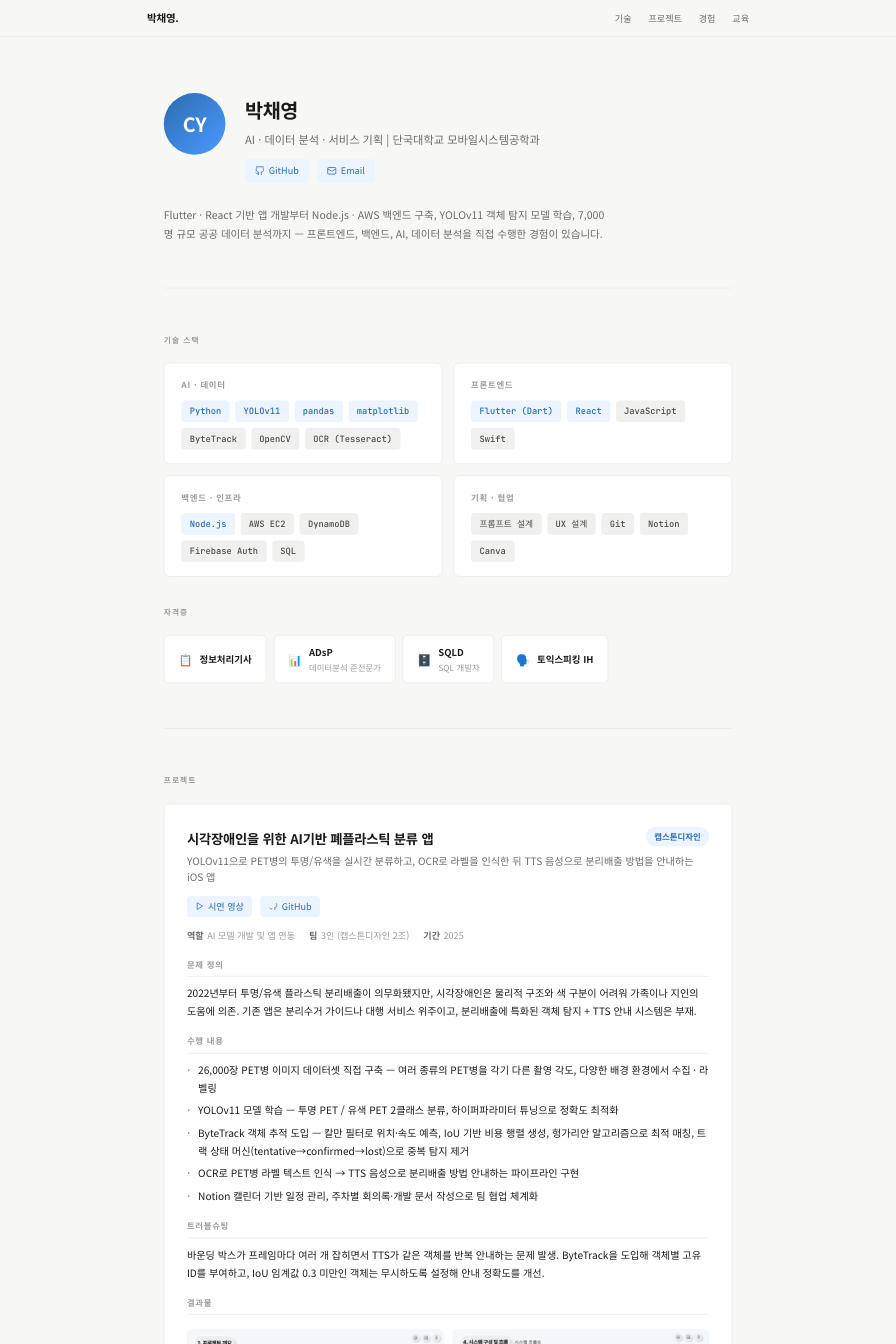
Repository: zzeyoung/zzeyoung.github.io
Page: index.html
The author's editor kept a copy of each file at every save. The page is drawn from the files as they stood at one save, then again after the next save.
The browser window is 1280 px wide. The pictures show the part of the page from y = 0 to 1920 px (the page is 6990 px tall before and 7017 px after), at 70% of full size.

Above is the page before, as saved 2026-07-13 04:54:10.

After the next save:
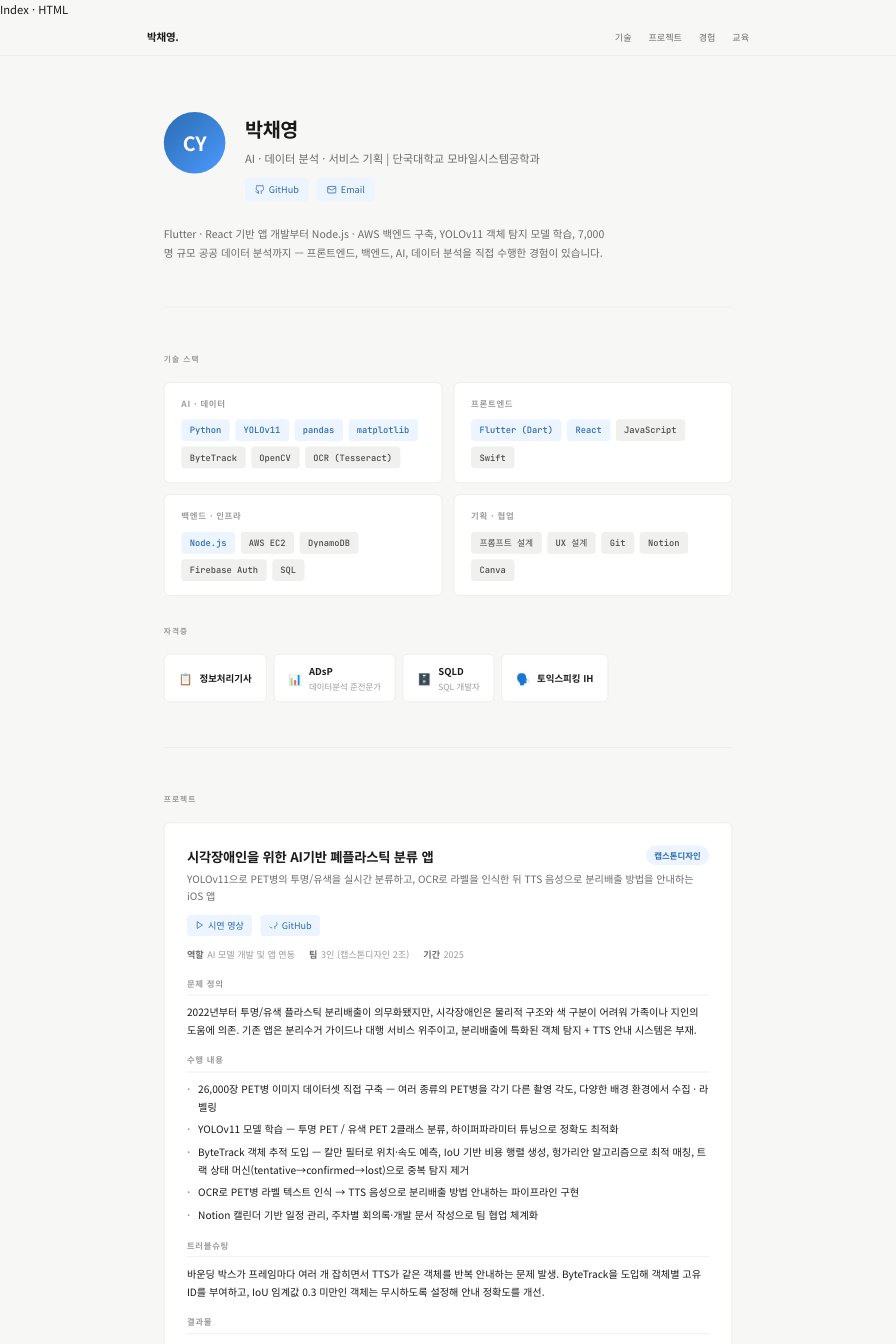
Saved 12 min 6 s later.
--- a/index.html
+++ b/index.html
@@ -1,3 +1,6 @@
+
+
+Index · HTML
 <!DOCTYPE html>
 <html lang="ko">
 <head>
